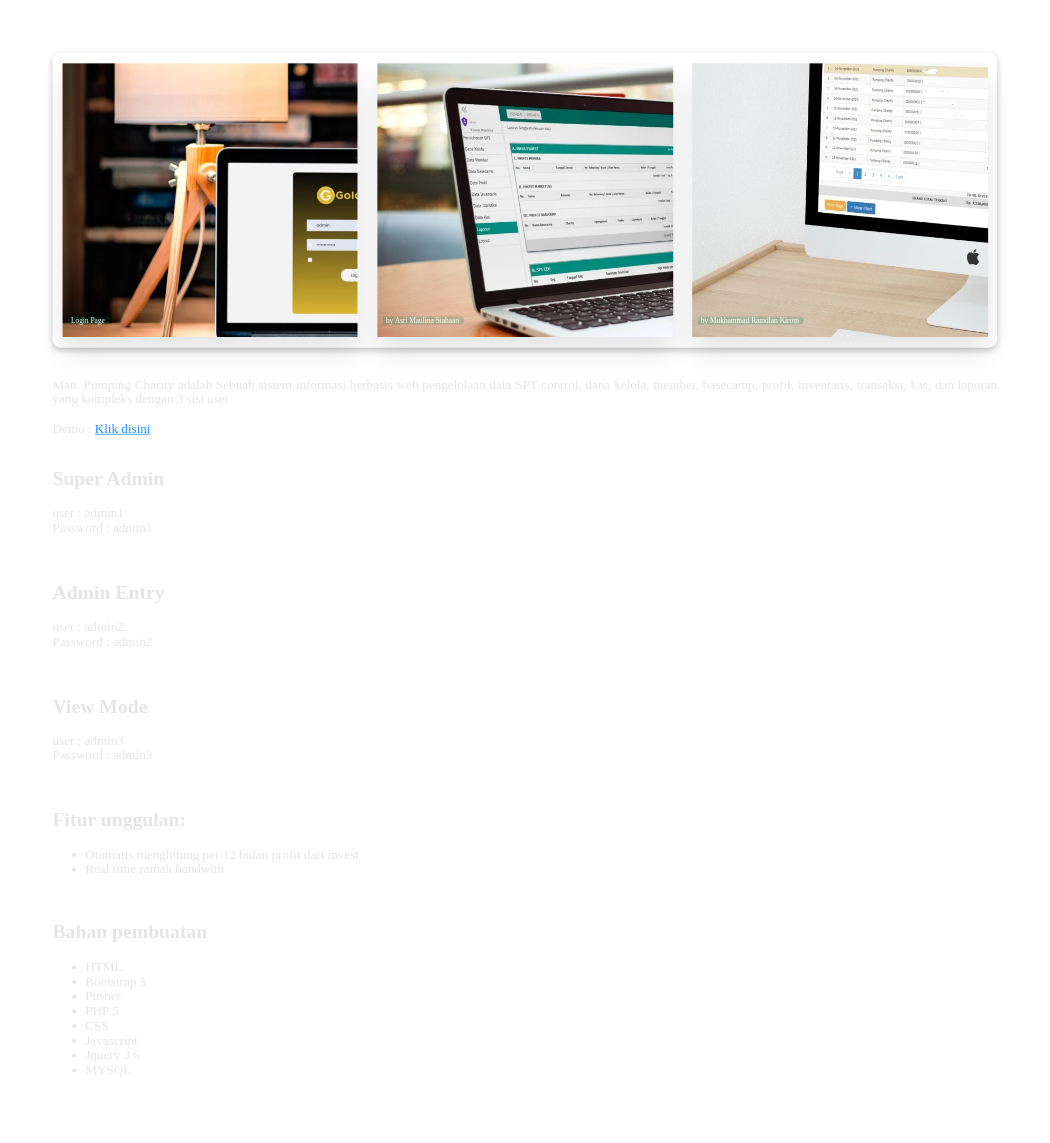
Repository: yusup-maulana/yusup-maulana.github.io
Page: portofolio-manpumping.html
The author's editor kept a copy of each file at every save. The page is drawn from the files as they stood at one save, then again after a run of saves.
The browser window is 1280 px wide. The pictures show the whole page, at 82% of full size.
Some web fonts or font styles are not loaded; a fallback is used.

Above is the page before, as saved 2023-02-06 13:06:42.

### portofolio-manpumping.html
<style type="text/css">
    @import url('https://fonts.googleapis.com/css?family=Baloo+Chettan+2&display=swap');

    .body2::-webkit-scrollbar {
        width: 0.5em;
    }

    .body2::-webkit-scrollbar-track {
        box-shadow: inset 0 0 6px rgb(167 167 167 / 41%);
        background-color: #061e29;
    }

    .body2::-webkit-scrollbar-thumb {
        background-color: #00f1ffab;
    }

    .body2 {
        font-family: 'Baloo Chettan 2';
        color: #e5e5e5;
        margin: 2%;
        text-align: justify;
        padding: 3%;
    }

    .body2 a {
        color: dodgerblue;
    }

    /* table wisata ...................*/
    .twisata {}

    .twisata tr {
        background: linear-gradient(90deg, #1193a1, transparent);
        color: white;
        font-weight: 900;
        border: 3px solid #ffffff;
    }

    .twisata tr td {}

    .twisata tr td span {
        background: #bdffda;
        font-weight: 900;
        padding: 1px 6px;
        border-radius: 5px;
        color: #08102b;
    }

    /* wisata-container ...................*/
    .container-wisata {
        box-shadow: rgb(0 0 0 / 24%) 0px 3px 8px;
        display: flex;
        width: 100%;
        padding: 1% 0%;
        box-sizing: border-box;
        height: 50vh;
        border-radius: 10px;
    }

    .boxwisata {
        flex: 1;
        overflow: hidden;
        transition: 0.5s;
        margin: 1px 1%;
        box-shadow: 0 20px 30px rgba(0, 0, 0, 0.1);
        line-height: 0;
    }

    .boxwisata>img {
        width: 200%;
        height: calc(100% - 10vh);
        object-fit: cover;
        transition: 0.5s;
        height: 100% !important;
    }

    .boxwisata>span {
        position: relative;
        left: 7px;
        font-size: xx-small;
        color: #f5fff7 !important;
        bottom: 20px;
        white-space: nowrap;
        background-color: rgb(1 118 74 / 20%);
        padding: 0 6px 0 4px;
        border-radius: 0 10px 10px 0;
    }

    .boxwisata:hover {
        flex: 1 1 50%;
    }

    .boxwisata:hover>img {
        width: 100%;
        height: 100%;
    }
</style>
<div class="container-wisata">
    <div class="boxwisata">
        <img alt="Curug Cipalasari" src="IMG/pumpingcharity/man.pumpingc1.webp" />
        <span>Login Page</span>
    </div>
    <div class="boxwisata">
        <img alt="Curug Cipalasari" src="IMG/pumpingcharity/man.pumpingc2.webp" />
        <span>by Asri Maulina Siahaan</span>
    </div>
    <div class="boxwisata">
        <img alt="Curug Cipalasari" src="IMG/pumpingcharity/man.pumpingc3.webp" />
        <span>by Mukhammad Ramdlan Kirom</span>
    </div>
</div>
<br /><br />

<body class="body2"> Man. Pumping Charity adalah Sebuah sistem informasi berbasis web pengelolaan data SPT control,
    dana
    kelola, member, basecamp, profit, inventaris, transaksi, kas, dan laporan yang kompleks dengan 3 sisi user
    <br><br>

    Demo : <a target="_blank" href="https://maulana-project122.000webhostapp.com/">Klik disini</a><br>
    <br>
    <h2>Super Admin</h2>
    user : admin1<br>
    Password : admin1 <br>
    <br><br>

    <h2>Admin Entry</h2>
    user : admin2<br>
    Password : admin2 <br>
    <br><br>

    <h2>View Mode</h2>
    user : admin3<br>
    Password : admin3 <br>
    <br><br>
    <h2>Fitur unggulan:</h2>
    <ul>

        <li>Otomatis menghitung per 12 bulan profit dari invest</li>
        <li>Real time ramah bandwith</li>
    </ul>
    </ul>
    <br>
    <h2>Bahan pembuatan</h2>
    <ul>
        <li>HTML</li>
        <li>Bootstrap 3</li>
        <li>Pusher</li>
        <li>PHP 5</li>
        <li>CSS</li>
        <li>Javascript</li>
        <li>Jquery 3.6</li>
        <li>MYSQL</li>
    </ul>

</body>

After the next 2 saves:
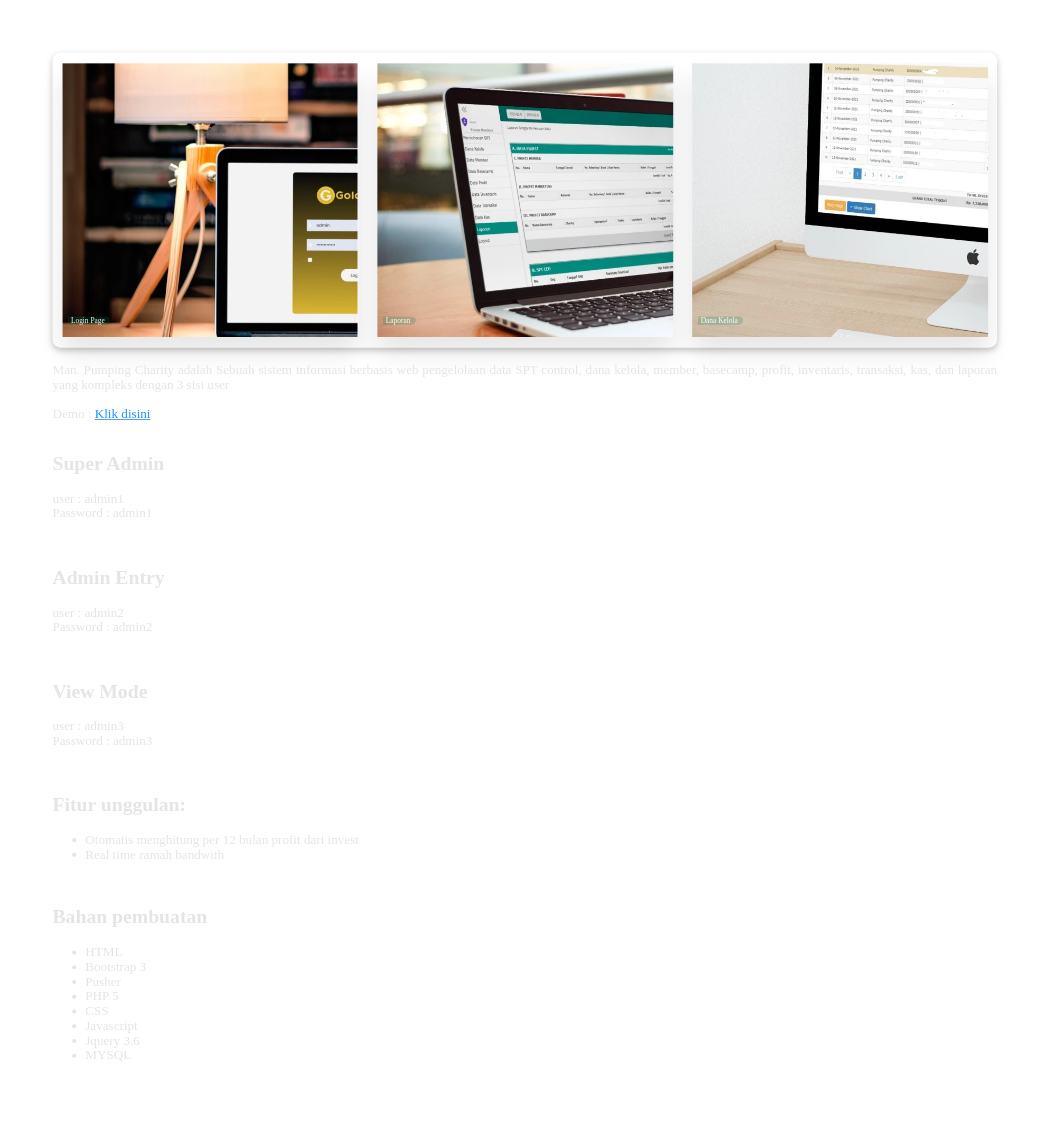
The 2 saves are shown as one change because they came seconds apart.
The last was saved 3 min 49 s later.
--- a/portofolio-manpumping.html
+++ b/portofolio-manpumping.html
@@ -102,14 +102,14 @@
     </div>
     <div class="boxwisata">
         <img alt="Curug Cipalasari" src="IMG/pumpingcharity/man.pumpingc2.webp" />
-        <span>by Asri Maulina Siahaan</span>
+        <span>Laporan</span>
     </div>
     <div class="boxwisata">
         <img alt="Curug Cipalasari" src="IMG/pumpingcharity/man.pumpingc3.webp" />
-        <span>by Mukhammad Ramdlan Kirom</span>
+        <span>Dana Kelola</span>
     </div>
 </div>
-<br /><br />
+<br />
 
 <body class="body2"> Man. Pumping Charity adalah Sebuah sistem informasi berbasis web pengelolaan data SPT control,
     dana
